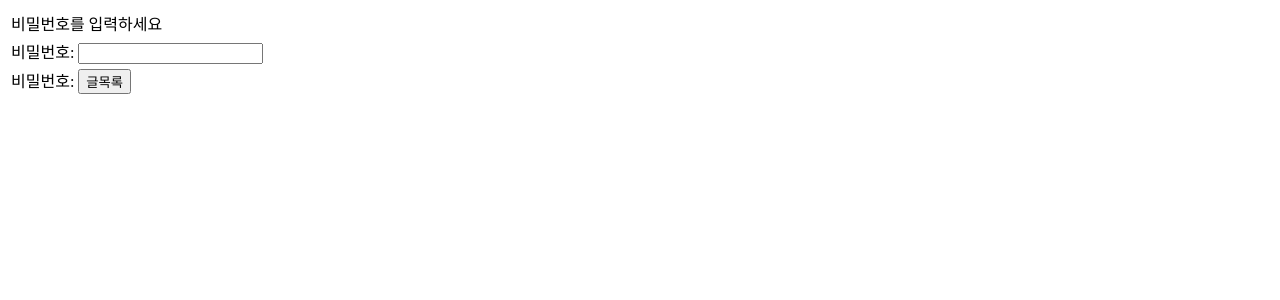
Repository: uj06134/Metabuild_JSP
Page: http://localhost/06_Board/deleteForm.jsp
These files come from the project's save history. The page is drawn as it stood at one moment and after the next save; the edit follows.
The browser window is 1280 px wide. The pictures show the whole page.
The page is served by Tomcat 9. Other server files are loaded and not shown.

Above is the page before, as saved 2025-09-16 00:38:55.

### 06_Board/src/main/webapp/deleteForm.jsp
<%@ page language="java" contentType="text/html; charset=UTF-8"
    pageEncoding="UTF-8"%>
<!-- content.jsp(num, pageNum) => deleteForm.jsp -->
<%
	String num = request.getParameter("num");
	String pageNum = request.getParameter("pageNum");
%>
<form method="post" action="deleteProc.jsp">
	<table width="350">
		<tr>
			<td>비밀번호를 입력하세요</td>
		</tr>
		<tr>
			<td>
				비밀번호:
				<input type="password" name="passwd">
			</td>
		</tr>
		<tr>
			<td>
				비밀번호:
				<input type="button" value="글목록">
			</td>
		</tr>
	</table>
</form>

After the next save:
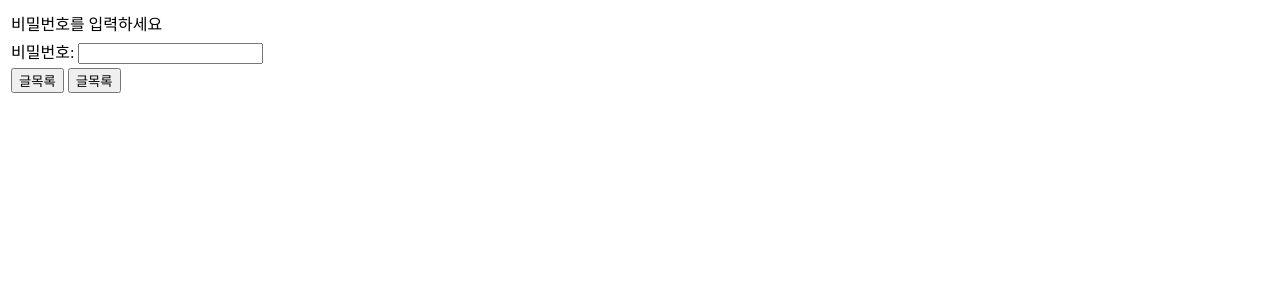
Saved 4 s later.
--- a/06_Board/src/main/webapp/deleteForm.jsp
+++ b/06_Board/src/main/webapp/deleteForm.jsp
@@ -18,7 +18,7 @@
 		</tr>
 		<tr>
 			<td>
-				비밀번호:
+				<input type="button" value="글목록">
 				<input type="button" value="글목록">
 			</td>
 		</tr>
